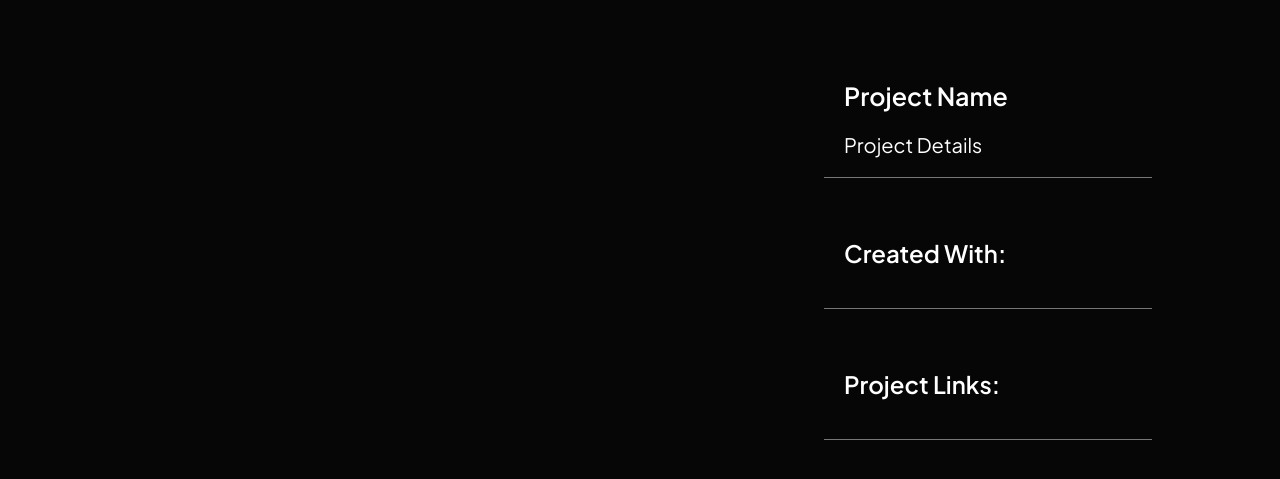
Repository: AliHassan02-Dev/PORTFOLIO
Page: /projects/projectPreview (app in Front-end/)
The author's editor kept a copy of each file at every save. The page is drawn from the files as they stood at one save, then again after the next save.
The browser window is 1280 px wide. The pictures show the whole page.
The project was rebuilt for these pictures with package versions that can differ from the ones it lists, and the page was loaded fresh each time. Also part of the build but not shown: Front-end/vite.config.js, Front-end/src/Pages/Home.jsx, Front-end/src/Pages/About.jsx, Front-end/src/Components/Footer.jsx, Front-end/src/Components/Navbar.jsx, Front-end/src/Components/ProjectsBox.jsx, Front-end/src/App.jsx, Front-end/src/Pages/AllProjects.jsx and 4 more.

Above is the page before, as saved 2024-09-01 01:24:21.

### Front-end/src/main.jsx
import React from 'react'
import ReactDOM from 'react-dom/client'
import App from './App.jsx'
import './App.css'
import { BrowserRouter, Route, Routes } from 'react-router-dom'
import AllProjects from './Pages/AllProjects.jsx'
import ProjectPreview from './Components/ProjectPreview.jsx'
import Login from './Pages/Login.jsx'
import { Register } from './Pages/Register.jsx'
import AdminDashboard from './Pages/AdminDashboard.jsx'

ReactDOM.createRoot(document.getElementById('root')).render(
  <>
    <BrowserRouter>
      <Routes>
        <Route path='/' element={<App />} />
        <Route path='/Login' element={<Login />} />
        <Route path='/Register' element={<Register />} />
        <Route path='/AdminDashborad' element={<AdminDashboard />} />
        <Route path='/Projects' element={<AllProjects />} />
        <Route path='/projects/projectPreview' element={<ProjectPreview />} />
      </Routes>
    </BrowserRouter>
  </>
)

### Front-end/src/Components/ProjectPreview.jsx
import React from "react";
import { TiHtml5 } from "react-icons/ti";
import { IoLogoCss3 } from "react-icons/io5";
import { SiJavascript } from "react-icons/si";
import { IoLogoWordpress } from "react-icons/io5";
import { IoLogoNodejs } from "react-icons/io";
import { IoLogoReact } from "react-icons/io5";
import { SiMongodb } from "react-icons/si";
import { Link, useLocation } from "react-router-dom";
import { FaFigma } from "react-icons/fa6";
import { RiGlobalLine } from "react-icons/ri";

const ProjectPreview = () => {
  const state = useLocation();
  const data = state?.state;

  console.log(data);

  const skills = data?.createdWith;

  return (
    <div className="projectDetails">
      <div className="left">
        <img src={data?.projectImage} alt="" />
      </div>
      <div className="right">
        <div className="projectContent">
          <h2>{data?.projectName || "Project Name"}</h2>
          <p>{data?.projectDesc || "Project Details"}</p>
        </div>
        <div className="projectTechnology">
          <h2>Created With:</h2>
          <div className="icons">
            {skills?.includes("Html") ? (
              <TiHtml5 className="techName html" />
            ) : null}
            {skills?.includes("Css") ? (
              <IoLogoCss3 className="techName css" />
            ) : null}
            {skills?.includes("Js") ? (
              <SiJavascript className="techName js" />
            ) : null}
            {skills?.includes("React") ? (
              <IoLogoReact className="techName react" />
            ) : null}
            {skills?.includes("Wordpress") ? (
              <IoLogoWordpress className="techName wordpress" />
            ) : null}
            {skills?.includes("Node") ? (
              <IoLogoNodejs className="techName node" />
            ) : null}
            {skills?.includes("MongoDb") ? (
              <SiMongodb className="techName mongodb" />
            ) : null}
          </div>
        </div>
        <div className="links">
          <h2>Project Links:</h2>
          <div className="icons">
            {data?.links[0] ? (
              <Link target={"_blank"} to={data?.links[0]}>
                <FaFigma className="techName figma" />
              </Link>
            ) : null}
            {data?.links[1] ? (
              <Link target={"_blank"} to={data?.links[1]}>
                <RiGlobalLine className="techName website" />
              </Link>
            ) : null}
          </div>
        </div>
      </div>
    </div>
  );
};

export default ProjectPreview;

### Front-end/src/Pages/Skills.jsx
import React from "react";
import { TiHtml5 } from "react-icons/ti";
import { IoLogoCss3 } from "react-icons/io5";
import { SiJavascript } from "react-icons/si";
import { FaFigma } from "react-icons/fa6";
import { IoLogoWordpress } from "react-icons/io5";
import { FaNode } from "react-icons/fa6";
import { IoLogoReact } from "react-icons/io5";
import { SiMongodb } from "react-icons/si";

const skillsData = [
  {
    id: "1",
    skill: "HTML",
    aniClassName: "leftSide",
    logo: <TiHtml5 className="skillLogo" />,
  },
  {
    id: "2",
    skill: "CSS",
    aniClassName: "rightSide",
    logo: <IoLogoCss3 className="skillLogo" />,
  },
  {
    id: "3",
    skill: "JavaScript",
    aniClassName: "leftSide",
    logo: <SiJavascript className="skillLogo" />,
  },
  {
    id: "4",
    skill: "Figma",
    aniClassName: "rightSide",
    logo: <FaFigma className="skillLogo" />,
  },
  {
    id: "5",
    skill: "WordPess",
    aniClassName: "leftSide",
    logo: <IoLogoWordpress className="skillLogo" />,
  },
  {
    id: "6",
    skill: "ReactJs | ViteJs",
    aniClassName: "rightSide",
    logo: <IoLogoReact className="skillLogo" />,
  },
  {
    id: "7",
    skill: "NodeJs",
    aniClassName: "leftSide",
    logo: <FaNode className="skillLogo" />,
  },
  {
    id: "8",
    skill: "MongoDB",
    aniClassName: "rightSide",
    logo: <SiMongodb className="skillLogo" />,
  },
];

const Skills = () => {
  return (
    <div className="skillsContainer containers">
      <div className="top">
        <div className="left">
          <h2>MY SKILLS</h2>
        </div>
        <div className="right">
          <p>
            Building dynamic, user-focused web solutions with precision,
            creativity, and technical excellence.
          </p>
        </div>
      </div>
      <div className="bottom">
        {skillsData.map((elem, idx) => {
          return (
            <div key={elem.id} className={`skillBar ${elem.aniClassName}`}>
              <div className="line"></div>
              <div className="left">
                <p>{elem.id}</p>
                <h2>{elem.skill}</h2>
              </div>
              <div className="right">{elem.logo}</div>
            </div>
          );
        })}
      </div>
    </div>
  );
};

export default Skills;

Loaded but not shown: Front-end/index.html (common file); Front-end/src/App.css (1581 lines, source omitted)

After the next save:
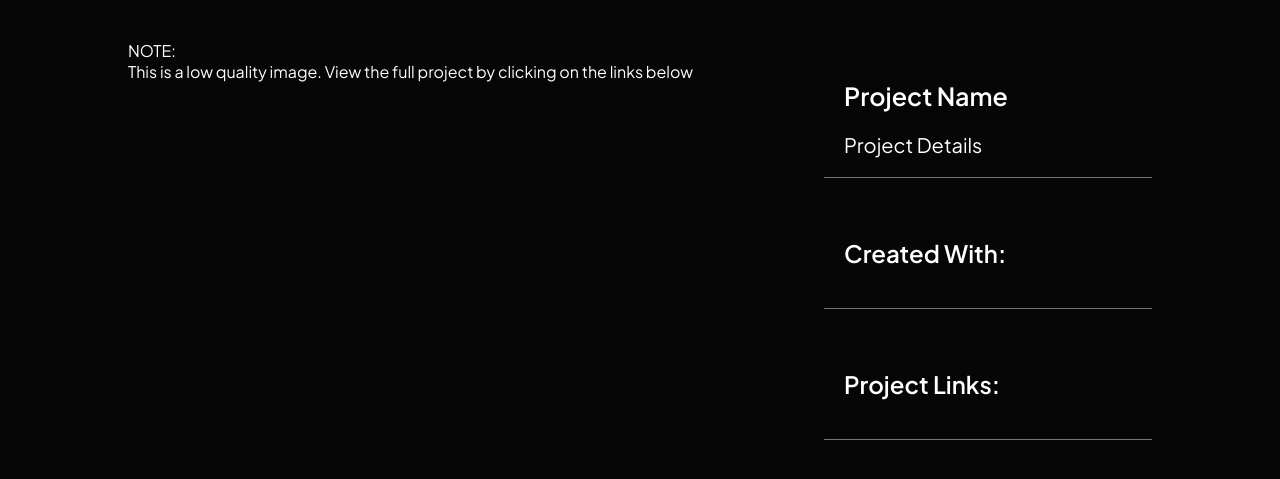
Saved 88 s later.
--- a/Front-end/src/Components/ProjectPreview.jsx
+++ b/Front-end/src/Components/ProjectPreview.jsx
@@ -21,6 +21,10 @@ const ProjectPreview = () => {
   return (
     <div className="projectDetails">
       <div className="left">
+        <p>
+          NOTE: <br /> This is a low quality image. View the full project by
+          clicking on the links below
+        </p>
         <img src={data?.projectImage} alt="" />
       </div>
       <div className="right">
